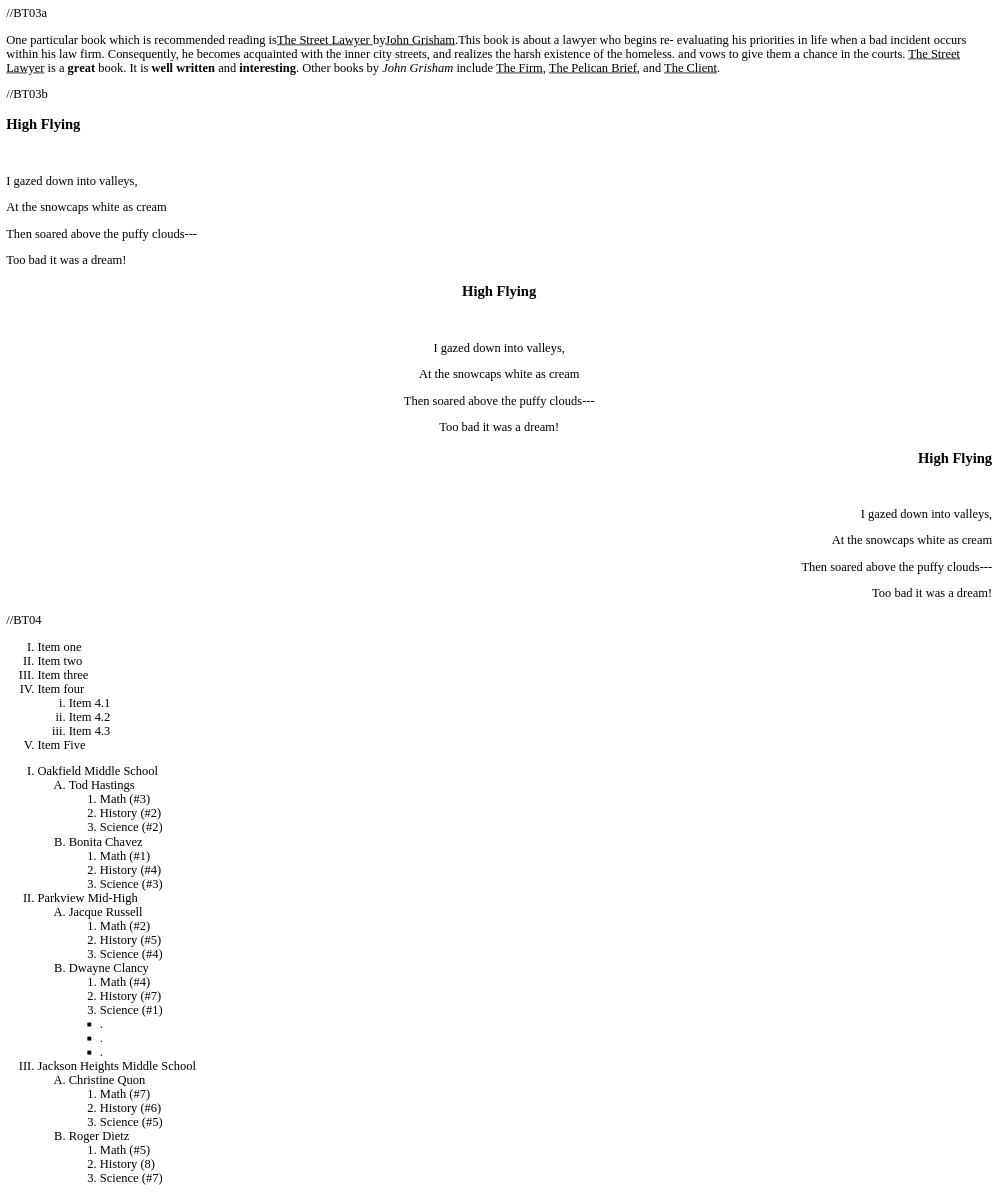
Repository: thu1365/TH_HTCNWEB
Page: HTML/Tuan01/BT.html
These files come from the project's save history. The page is drawn as it stood at one moment and after the next save; the edit follows.
The browser window is 1280 px wide. The pictures show the whole page, at 78% of full size.

Above is the page before, as saved 2023-02-20 22:30:59.

### HTML/Tuan01/BT.html
<!DOCTYPE html>
<html lang="en">
<head>
    <meta charset="UTF-8">
    <meta http-equiv="X-UA-Compatible" content="IE=edge">
    <meta name="viewport" content="width=device-width, initial-scale=1.0">
    <title>Document</title>
</head>

<body>
        //BT03a
        <p> One particular book which is recommended reading is<u>The Street Lawyer </u>by<u>John Grisham</u>.This book is about a lawyer who begins re- evaluating his priorities in life when a bad incident occurs within his law firm. Consequently, he becomes acquainted with the inner city streets, and realizes the harsh existence of the homeless. and vows to give them a chance in the courts. <u>The Street Lawyer</u> is a <b>great</b> book. It is <b>well written</b> and <b>interesting</b>. Other books by <i>John Grisham</i> include <u>The Firm</u>, <u>The Pelican Brief</u>, and <u>The
            Client</u>. </p>
        //BT03b
    <p>
        <h3> High Flying</h3>
        <img src="" alt=""/>
        <p>I gazed down into valleys,</p>
        <p>At the snowcaps white as cream</p>
        <p>Then soared above the puffy clouds---</p>
        <p>Too bad it was a dream!</p>
    </p>
    <center>
        <h3> High Flying</h3>
        <img src="" alt=""/>
        <p>I gazed down into valleys,</p>
        <p>At the snowcaps white as cream</p>
        <p>Then soared above the puffy clouds---</p>
        <p>Too bad it was a dream!</p>
    </center>
    <p>  <h3 align="right"> High Flying</h3>
        <img src="" alt=""/>
        <p align="right">I gazed down into valleys,</p>
        <p align="right">At the snowcaps white as cream</p>
        <p align="right">Then soared above the puffy clouds---</p>
        <p align="right">Too bad it was a dream!</p>
    </p>
    //BT04
    <ol type="I">
        <li>Item one</li>
        <li>Item two</li>
        <li>Item three</li>
        <li>Item four</li>
    <ol type="i">
        <li>Item 4.1</li>
        <li>Item 4.2</li>
        <li>Item 4.3</li>
    </ol>
        <li>Item Five</li>
    </ol>

    <ol type="I">
        <li> Oakfield Middle School</li>
            <ol type="A">
                <li>Tod Hastings</li>
                    <ol type="1">
                        <li>Math (#3)</li>
                        <li>History (#2)</li>
                        <li>Science (#2)</li>
        </ol>
                <li>Bonita Chavez</li>
                    <ol type="1">
                        <li>Math (#1)</li>
                        <li>History (#4)</li>
                        <li>Science (#3)</li>
        </ol>
        </ol>
        <li>Parkview Mid-High</li>
            <ol type="A">
                <li>Jacque Russell</li>
                    <ol type="1">
                        <li>Math (#2)</li>
                        <li>History (#5)</li>
                        <li>Science (#4)</li>
                    </ol>
                <li>Dwayne Clancy</li>
                    <ol type ="1">
                        <li>Math (#4)</li>
                        <li>History (#7)</li>
                        <li>Science (#1)</li>
                    </ol>
            </ol>
        <ol>
        <ul>
        <li>.</li>
        <li>.</li>
        <li>.</li>
        </ul>
        </ol>
        <li>Jackson Heights Middle School</li>
            <ol type="A">
                <li>Christine Quon</li>
                    <ol type="1">
                        <li>Math (#7)</li>
                        <li>History (#6)</li>
                        <li>Science (#5)</li>
                </ol>
                <li>Roger Dietz</li>
                    <ol type="1">
                        <li>Math (#5)</li>
                        <li>History (8)</li>
                        <li>Science (#7)</li>
                    </ol>
            </ol>
    </ol>
</body>
</html>

After the next save:
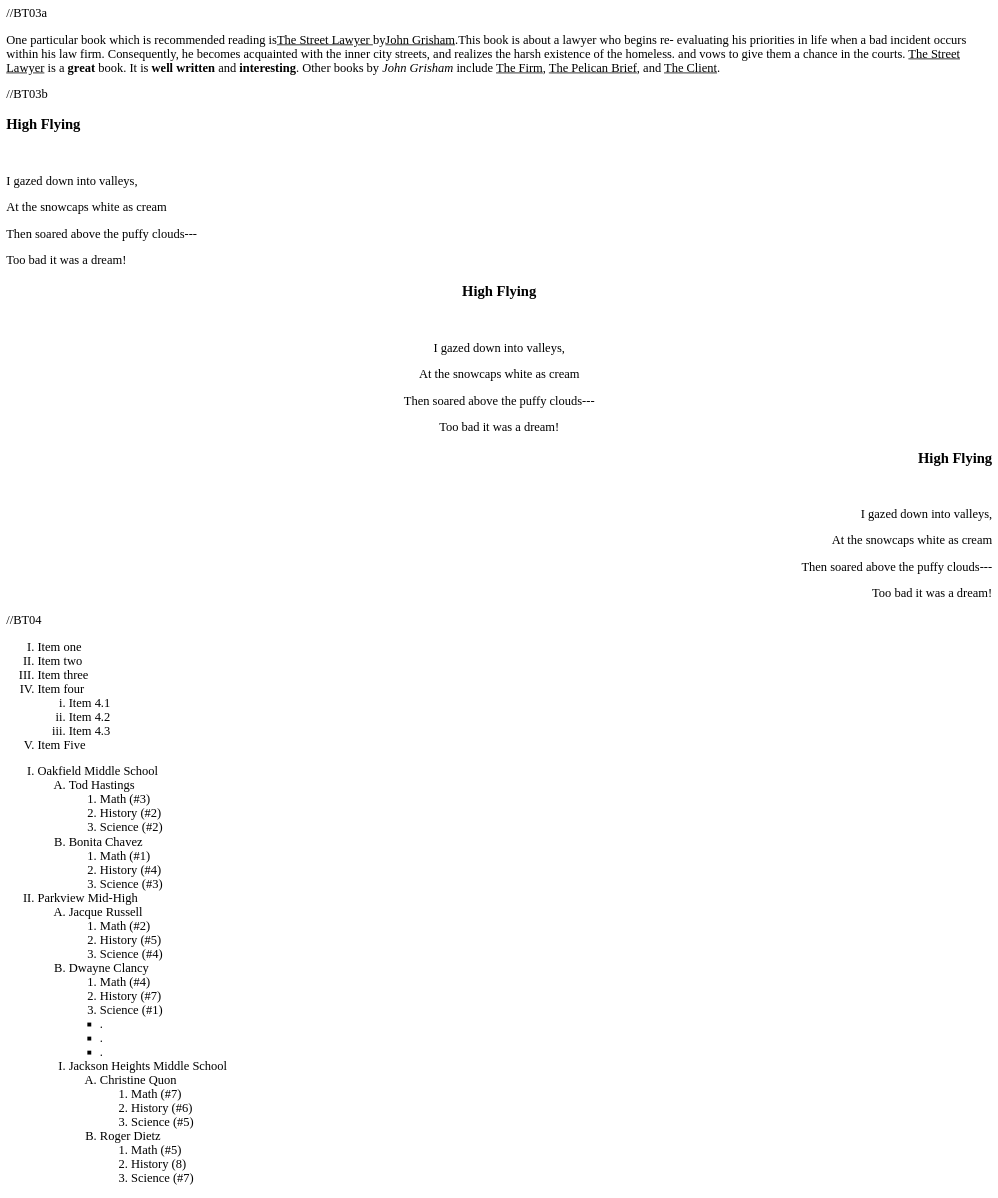
Saved 71 s later.
--- a/HTML/Tuan01/BT.html
+++ b/HTML/Tuan01/BT.html
@@ -82,11 +82,12 @@
             </ol>
         <ol>
         <ul>
-        <li>.</li>
-        <li>.</li>
-        <li>.</li>
+            <li>.</li>
+            <li>.</li>
+            <li>.</li>
         </ul>
         </ol>
+        <ol type="I" start="V">
         <li>Jackson Heights Middle School</li>
             <ol type="A">
                 <li>Christine Quon</li>
@@ -103,5 +104,6 @@
                     </ol>
             </ol>
     </ol>
+    </ol>
 </body>
 </html>
